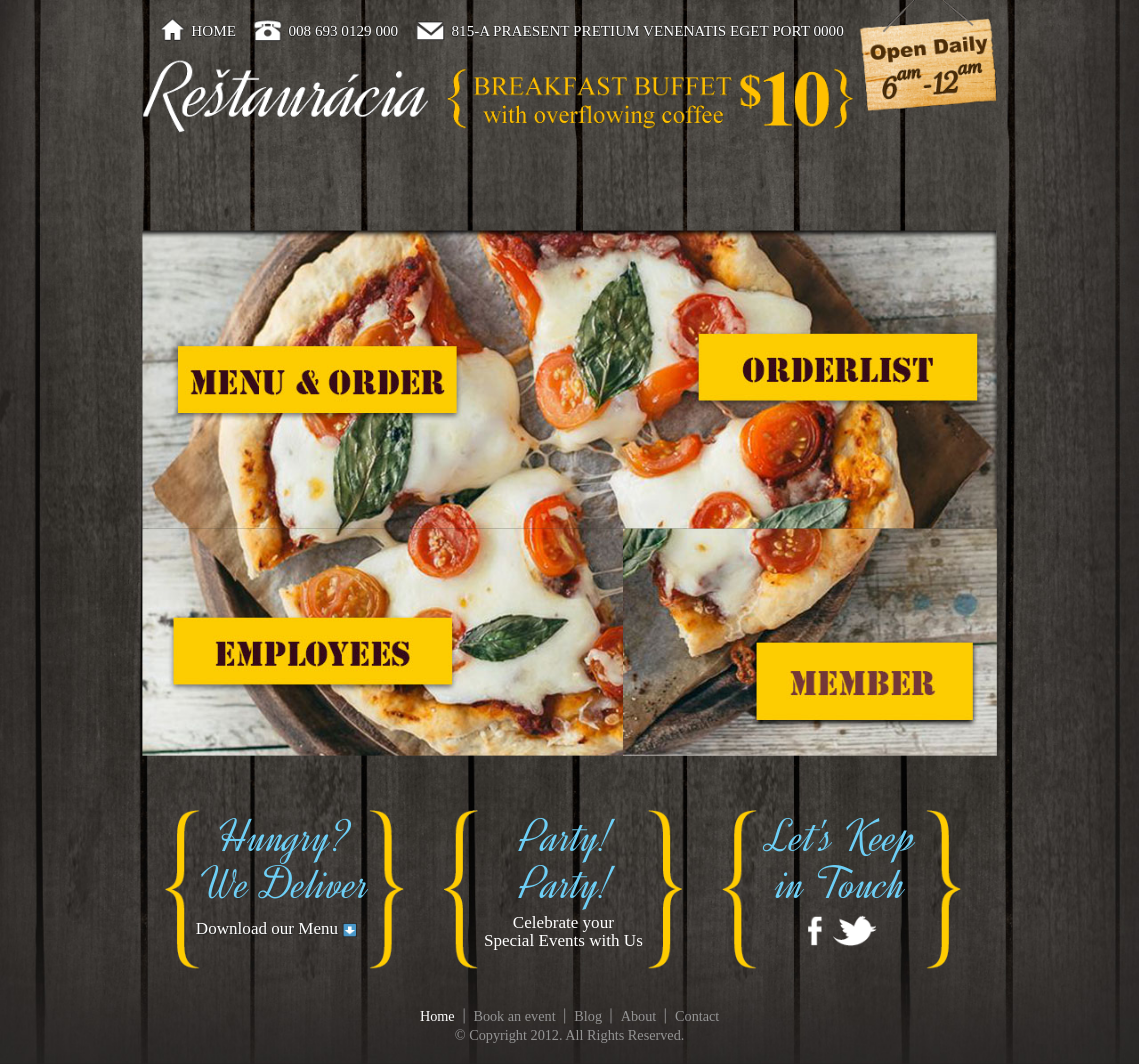
Repository: WarapornPum/OoadProject
Page: http://localhost/PizzaOrderSystem/Home.jsp
The author's editor kept a copy of each file at every save. The page is drawn from the files as they stood at one save, then again after the next save.
The browser window is 1280 px wide. The pictures show the whole page, at 89% of full size.
The page is served by Tomcat 9.

Above is the page before, as saved 2019-02-16 11:40:16.

After the next save:
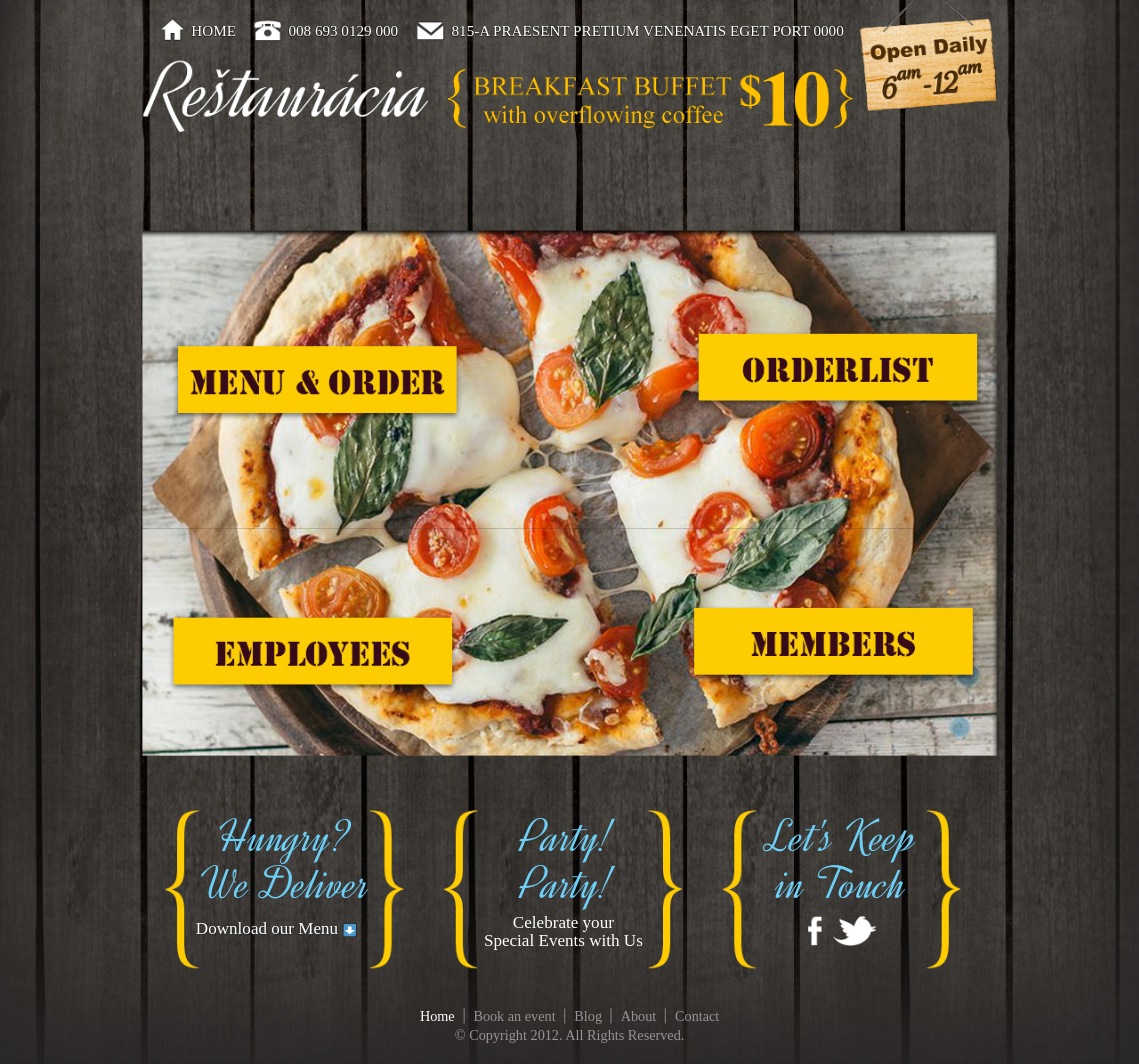
Saved 25 s later.
--- a/PizzaOrderSystem/WebContent/css/style.css
+++ b/PizzaOrderSystem/WebContent/css/style.css
@@ -184,7 +184,7 @@ body {
 }
 
 #featured li.desserts a {
-	background: url(../images/member_1.jpg) no-repeat 0 0;
+	background: url(../images/menu4.jpg) no-repeat 0 0;
 	height: 255px;
 	width: 420px;
 }
